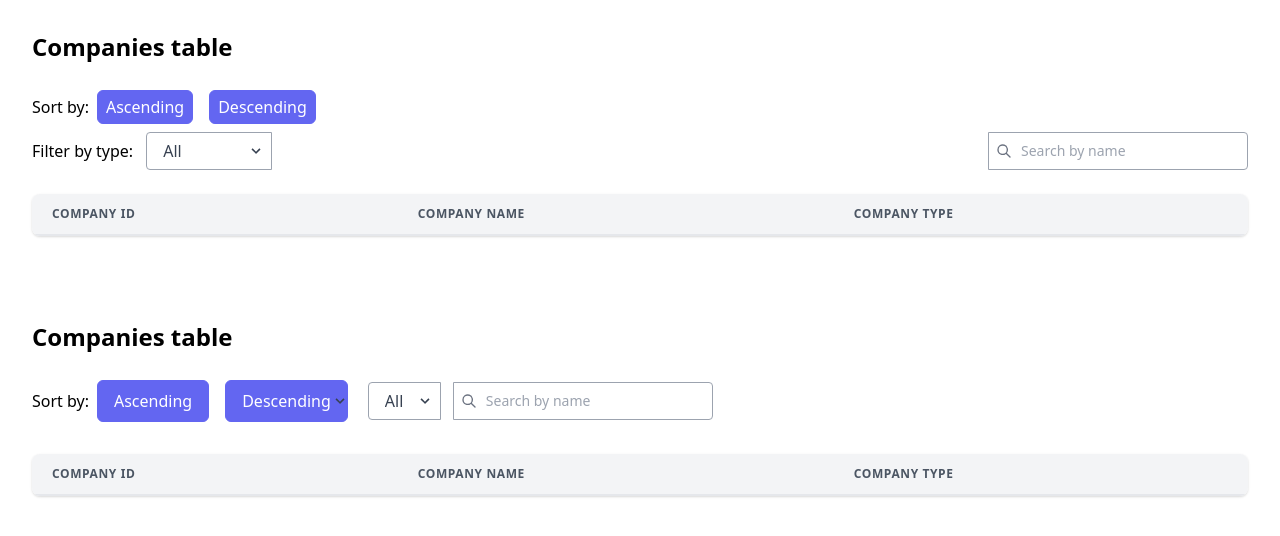
Repository: AlekJanevski/capcito
Page: /
The author's editor kept a copy of each file at every save. The page is drawn from the files as they stood at one save, then again after the next save.
The browser window is 1280 px wide. The pictures show the whole page.
The page's requests for data from a server got no answer. The project was rebuilt for these pictures with package versions that can differ from the ones it lists, and the page was loaded fresh each time. No one was signed in, and anything a server would have sent is missing.

Above is the page before, as saved 2021-02-12 13:01:22.

### src/App.vue
<template>
  <HelloWorld />
  <HelloWorldVue2 />
</template>

<script>
import HelloWorld from './components/HelloWorld.vue'
import HelloWorldVue2 from './components/HelloWorldVue2.vue'

export default {
  name: 'App',
  components: {
    HelloWorld,
    HelloWorldVue2
  }
}
</script>

<style>

</style>

### src/components/HelloWorld.vue
<template>
	<div class="container px-4 mx-auto sm:px-8">
		<div class="py-8">
			<!-- Heading starts-->
			<div>
				<h2 class="mb-5 text-2xl font-semibold leading-tight">Companies table</h2>
			</div>
			<!-- Heading ends -->

			<!-- Filter section starts -->
			<div class="flex flex-col items-start justify-start my-2">
				<!-- Buttons wrapper starts -->
				<div class="flex items-center justify-start">
					<span class="inline-block"> Sort by: </span>
					<button
						@click="sortByAscending()"
						type="button"
						class="px-2 py-1 m-2 text-white transition duration-500 bg-indigo-500 border border-indigo-500 rounded-md select-none ease hover:bg-indigo-600 focus:outline-none focus:shadow-outline"
					>
						Ascending
					</button>
					<button
						@click="sortByDescending()"
						type="button"
						class="px-2 py-1 m-2 text-white transition duration-500 bg-indigo-500 border border-indigo-500 rounded-md select-none ease hover:bg-indigo-600 focus:outline-none focus:shadow-outline"
					>
						Descending
					</button>
				</div>
				<!-- Buttons wrapper ends -->

				<!-- Sorting filters wrapper starts -->
				<div class="relative flex flex-col w-full mb-1 sm:mb-0 sm:flex-row">
					<div class="relative flex mr-3 w-60">
						<span class="flex items-center justify-start w-64 mr-3"> Filter by type: </span>
						<select @change="handleFilterByType($event)"
							class="block w-full h-full px-4 py-2 pr-8 leading-tight text-gray-700 bg-white border border-gray-400 rounded appearance-none sm:rounded-r-none focus:outline-none focus:border-l focus:border-r focus:bg-white focus:border-gray-500">
							<option
								v-for="(type, index) in filterList"
								:key="index"
								:value="type"
							> {{ type }} </option>
						</select>
						<!-- Dropdown icon -->
						<div
							class="absolute inset-y-0 right-0 flex items-center px-2 text-gray-700 pointer-events-none">
							<svg class="w-4 h-4 fill-current" xmlns="http://www.w3.org/2000/svg" viewBox="0 0 20 20">
								<path d="M9.293 12.95l.707.707L15.657 8l-1.414-1.414L10 10.828 5.757 6.586 4.343 8z" />
							</svg>
						</div>
					</div>

					<!-- Search field wrapper starts -->
					<div class="relative mt-3 sm:mt-0 sm:absolute sm:right-0">
						<!-- Search icon -->
						<span class="absolute inset-y-0 left-0 flex items-center h-full pl-2">
							<svg viewBox="0 0 24 24" class="w-4 h-4 text-gray-500 fill-current">
								<path d="M10 4a6 6 0 100 12 6 6 0 000-12zm-8 6a8 8 0 1114.32 4.906l5.387 5.387a1 1 0 01-1.414 1.414l-5.387-5.387A8 8 0 012 10z" />
							</svg>
						</span>
						<!-- Search input -->
						<input
							type="text"
							v-model="companyNameSearchString"
							placeholder="Search by name"
							class="block w-full py-2 pl-8 pr-6 text-sm text-gray-700 placeholder-gray-400 bg-white border border-b border-gray-400 rounded-l rounded-r appearance-none sm:rounded-l-none focus:bg-white focus:placeholder-gray-600 focus:text-gray-700 focus:outline-none" />
					</div>
					<!-- Search field wrapper ends -->
				</div>
				<!-- Sorting filters wrapper ends -->
			</div>
			<!-- Filters section ends -->

			<!-- Table wrapper starts -->
			<div class="px-4 py-4 -mx-4 overflow-x-auto sm:-mx-8 sm:px-8">
				<div class="inline-block min-w-full overflow-hidden rounded-lg shadow">
					<table class="min-w-full leading-normal">
						<!-- Table header starts -->
						<thead>
							<tr>
								<th class="px-5 py-3 text-xs font-semibold tracking-wider text-left text-gray-600 uppercase bg-gray-100 border-b-2 border-gray-200">
									Company id
								</th>
								<th class="px-5 py-3 text-xs font-semibold tracking-wider text-left text-gray-600 uppercase bg-gray-100 border-b-2 border-gray-200">
									Company name
								</th>
								<th class="px-5 py-3 text-xs font-semibold tracking-wider text-left text-gray-600 uppercase bg-gray-100 border-b-2 border-gray-200">
									Company type
								</th>
							</tr>
						</thead>
						<!-- Table header ends -->

						<!-- Table body starts -->
						<tbody>
							<tr v-for="company in companyFilteredFeed.slice().reverse()" :key="company.id">
								<template v-if="company[fkey] === filter || filter === 'All'">
									<!-- Company id -->
									<td class="px-5 py-5 text-sm bg-white border-b border-gray-200">
										<div class="flex items-center">
											<p class="text-gray-900 whitespace-no-wrap">
												{{ company.id }}
											</p>
										</div>
									</td>
									<!-- Company name -->
									<td class="px-5 py-5 text-sm bg-white border-b border-gray-200">
										<p class="text-gray-900 whitespace-no-wrap">
											{{ company.name }}
										</p>
									</td>
									<!-- Company type -->
									<td class="px-5 py-5 text-sm bg-white border-b border-gray-200">
										<p class="text-gray-900 whitespace-no-wrap">
											{{ company.type }}
										</p>
									</td>
								</template>
							</tr>
						</tbody>
						<!-- Table body ends -->
					</table>
				</div>
			</div>
			<!-- Table wrapper ends -->
		</div>
	</div>
</template>

<script>
import axios from 'axios';
import { ref, onMounted, computed } from 'vue'

export default {
  name: 'Hello World',

	setup () {
		// Declaring data
		const companyList = ref([])
		const filter = ref("All")
		const companyNameSearchString = ref("")
		const fkey = ref("type")
		const filterList = ref(["All", "AB", "HB", "EF"])

		// Mounted
    onMounted(() => {
			axios
				.get("https://my-json-server.typicode.com/capcito/frontend-ws/companies")
				.then(res => {
					companyList.value = res.data;
				})
				.catch(error => {
					console.log(error)
					// Manage errors if found any
				})
			})

			// Methods
			// Handle the company filtering by company type
			function handleFilterByType (event) {
				filter.value = event.target.value
			}
			// Handle the company filtering by descending order
			function sortByDescending () {
				companyFilteredFeed.value.sort((a, b) => { return a.id - b.id; })
			}
			// Handle the company filtering by ascending order
			function sortByAscending () {
				companyFilteredFeed.value.sort((a, b) => { return b.id - a.id; })
			}

			// Computed
			// Returns the initial company list if the search is not active
			// Returns the company list using the search field value
			const companyFilteredFeed = computed(() => {
				const companies = companyList.value;

				if (!companyNameSearchString.value) {
					return companies;
				}

				return companies.filter(function(item) {
					if (item.name.indexOf(companyNameSearchString.value) !== -1 || item.name.toLowerCase().indexOf(companyNameSearchString.value) !== -1){
						return item;
					}
				})
			})

			// Return data
			return {
				companyList,
				handleFilterByType,
				filter,
				companyFilteredFeed,
				companyNameSearchString,
				fkey,
				filterList,
				sortByDescending,
				sortByAscending
			}
	}
}

</script>

### src/components/HelloWorldVue2.vue
<template>
	<div class="container px-4 mx-auto sm:px-8">
		<!-- Main wrapper starts -->
		<div class="py-8">
			<!-- Header starts -->
			<div>
				<h2 class="mb-5 text-2xl font-semibold leading-tight">Companies table</h2>
			</div>
			<!-- Header ends -->

			<!-- Filter wrapper starts -->
			<div class="flex flex-col items-center justify-start my-2 sm:flex-row">
				<!-- Buttons wrapper starts -->
				<div class="flex items-center justify-start">
					<span class="inline-block"> Sort by: </span>
					<button
						@click="sortByAscending()"
						type="button"
						class="px-4 py-2 m-2 text-white transition duration-500 bg-indigo-500 border border-indigo-500 rounded-md select-none ease hover:bg-indigo-600 focus:outline-none focus:shadow-outline"
					>
						Ascending
					</button>
					<button
						@click="sortByDescending()"
						type="button"
						class="px-4 py-2 m-2 text-white transition duration-500 bg-indigo-500 border border-indigo-500 rounded-md select-none ease hover:bg-indigo-600 focus:outline-none focus:shadow-outline"
					>
						Descending
					</button>
				</div>
				<!-- Button wrapper ends -->

				<!-- Filter by type wrapper starts -->
				<div class="flex flex-row mb-1 sm:mb-0">
					<div class="relative mr-3">
						<div
							class="absolute inset-y-0 right-0 flex items-center px-2 text-gray-700 pointer-events-none">
							<svg class="w-4 h-4 fill-current" xmlns="http://www.w3.org/2000/svg" viewBox="0 0 20 20">
								<path d="M9.293 12.95l.707.707L15.657 8l-1.414-1.414L10 10.828 5.757 6.586 4.343 8z" />
							</svg>
						</div>
					</div>
					<div class="relative mr-3">
						<select @change="handleFilterByType($event)"
							class="block w-full h-full px-4 py-2 pr-8 leading-tight text-gray-700 bg-white border border-gray-400 rounded appearance-none sm:rounded-r-none focus:outline-none focus:border-l focus:border-r focus:bg-white focus:border-gray-500">
							<option
								v-for="(type, index) in filterList"
								:key="index"
								:value="type"
							> {{ type }} </option>
						</select>
						<div
							class="absolute inset-y-0 right-0 flex items-center px-2 text-gray-700 pointer-events-none">
							<svg class="w-4 h-4 fill-current" xmlns="http://www.w3.org/2000/svg" viewBox="0 0 20 20">
								<path d="M9.293 12.95l.707.707L15.657 8l-1.414-1.414L10 10.828 5.757 6.586 4.343 8z" />
							</svg>
						</div>
					</div>
				</div>
				<!-- Filter by type wrapper ends -->

				<!-- Search filter wrapper starts -->
				<div class="relative block">
					<span class="absolute inset-y-0 left-0 flex items-center h-full pl-2">
						<svg viewBox="0 0 24 24" class="w-4 h-4 text-gray-500 fill-current">
							<path d="M10 4a6 6 0 100 12 6 6 0 000-12zm-8 6a8 8 0 1114.32 4.906l5.387 5.387a1 1 0 01-1.414 1.414l-5.387-5.387A8 8 0 012 10z" />
						</svg>
					</span>

					<input
						type="text"
						v-model="companyNameSearchString"
						placeholder="Search by name"
						class="block w-full py-2 pl-8 pr-6 text-sm text-gray-700 placeholder-gray-400 bg-white border border-b border-gray-400 rounded-l rounded-r appearance-none sm:rounded-l-none focus:bg-white focus:placeholder-gray-600 focus:text-gray-700 focus:outline-none" />
				</div>
				<!-- Search filter wrapper ends -->
			</div>
			<!-- Filter section ends -->

			<!-- Table wrapper starts -->
			<div class="px-4 py-4 -mx-4 overflow-x-auto sm:-mx-8 sm:px-8">
				<div class="inline-block min-w-full overflow-hidden rounded-lg shadow">
					<table class="min-w-full leading-normal">
						<!-- Table header starts -->
						<thead>
							<tr>
								<th class="px-5 py-3 text-xs font-semibold tracking-wider text-left text-gray-600 uppercase bg-gray-100 border-b-2 border-gray-200">
										Company id
								</th>
								<th class="px-5 py-3 text-xs font-semibold tracking-wider text-left text-gray-600 uppercase bg-gray-100 border-b-2 border-gray-200">
										Company name
								</th>
								<th class="px-5 py-3 text-xs font-semibold tracking-wider text-left text-gray-600 uppercase bg-gray-100 border-b-2 border-gray-200">
										Company type
								</th>
							</tr>
						</thead>
						<!-- Table body starts -->
						<tbody>
								<tr v-for="company in companyFilteredFeed.slice().reverse()" :key="company.id">
									<template v-if="company[fkey] === filter || filter === 'All'">
										<td class="px-5 py-5 text-sm bg-white border-b border-gray-200">
											<!-- Company id -->
											<div class="flex items-center">
												<p class="text-gray-900 whitespace-no-wrap">
													{{ company.id }}
												</p>
											</div>
										</td>
										<!-- Company name -->
										<td class="px-5 py-5 text-sm bg-white border-b border-gray-200">
											<p class="text-gray-900 whitespace-no-wrap">
												{{ company.name }}
											</p>
										</td>
										<!-- Company type -->
										<td class="px-5 py-5 text-sm bg-white border-b border-gray-200">
											<p class="text-gray-900 whitespace-no-wrap">
												{{ company.type }}
											</p>
										</td>
									</template>
								</tr>
						</tbody>
					</table>
				</div>
			</div>
			<!-- Table wrapper ends -->
		</div>
		<!-- Main wrapper ends -->
	</div>
</template>

<script>
import axios from 'axios';

export default {
  name: 'Hello World Vue 2',

  data() {
    return {
      companyList: [],
			companyNameSearchString: '',
			fkey: "type",
			filterList: ["All", "AB", "HB", "EF"],
			filter: "All",
    };
  },

  mounted() {
		// Mounting the axios call to the api and fetching the data
    axios
			.get("https://my-json-server.typicode.com/capcito/frontend-ws/companies")
      .then(res => {
        this.companyList = res.data;
      })
      .catch(error => {
        console.log(error)
         // Manage errors if found any
      })
  },

	computed: {

		// Handles the listing of the companies and filtering company feed when searched by name
		companyFilteredFeed: function () {

			var companies = this.companyList;
			var companyNameSearchString = this.companyNameSearchString;

			if (!companyNameSearchString){
				return companies;
			}

			companies = companies.filter(function(item){
				if (item.name.indexOf(companyNameSearchString) !== -1 || item.name.toLowerCase().indexOf(companyNameSearchString) !== -1){
					return item;
				}
			})

			return companies;
		}
	},

	methods: {
		// Handle the company filtering by company type
		handleFilterByType (event) {
			this.filter = event.target.value
		},
		// Handle the sorting of the companies by descending company ID
		sortByDescending () {
			this.companyFilteredFeed.sort((a, b) => { return a.id - b.id; })
		},
		// Handle the sorting of the companies by ascending company ID
		sortByAscending () {
			this.companyFilteredFeed.sort((a, b) => { return b.id - a.id; })
		}
	}
}

</script>

Loaded but not shown: public/index.html (common file); src/main.js (common file); src/index.css (common file); tailwind.config.js (common file)

After the next save:
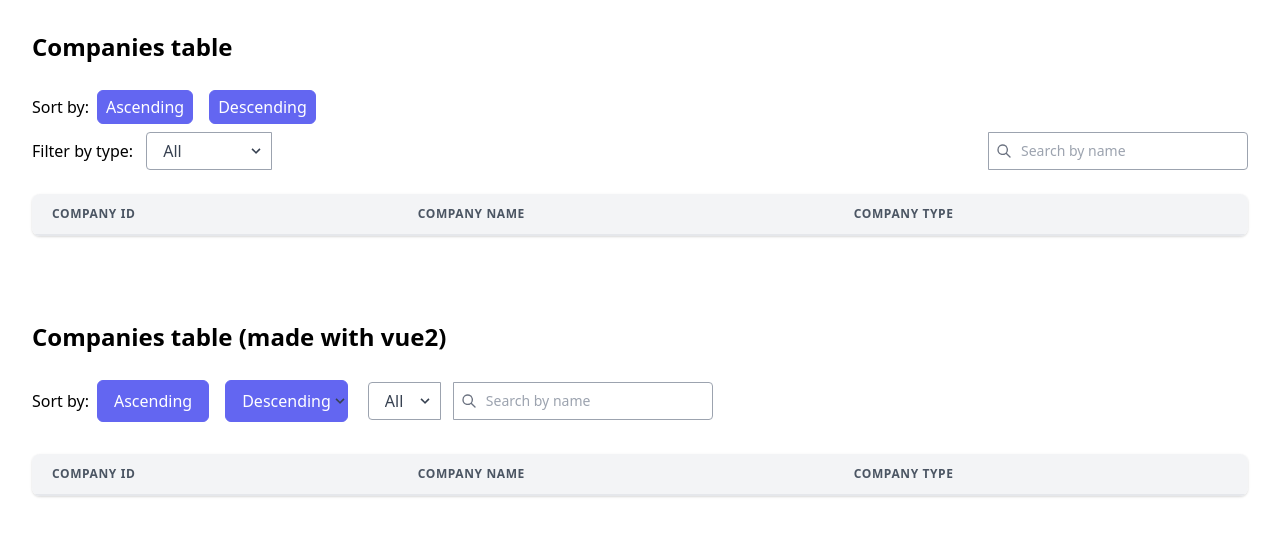
Saved 11 s later.
--- a/src/components/HelloWorldVue2.vue
+++ b/src/components/HelloWorldVue2.vue
@@ -4,7 +4,7 @@
 		<div class="py-8">
 			<!-- Header starts -->
 			<div>
-				<h2 class="mb-5 text-2xl font-semibold leading-tight">Companies table</h2>
+				<h2 class="mb-5 text-2xl font-semibold leading-tight">Companies table (made with vue2)</h2>
 			</div>
 			<!-- Header ends -->
 
